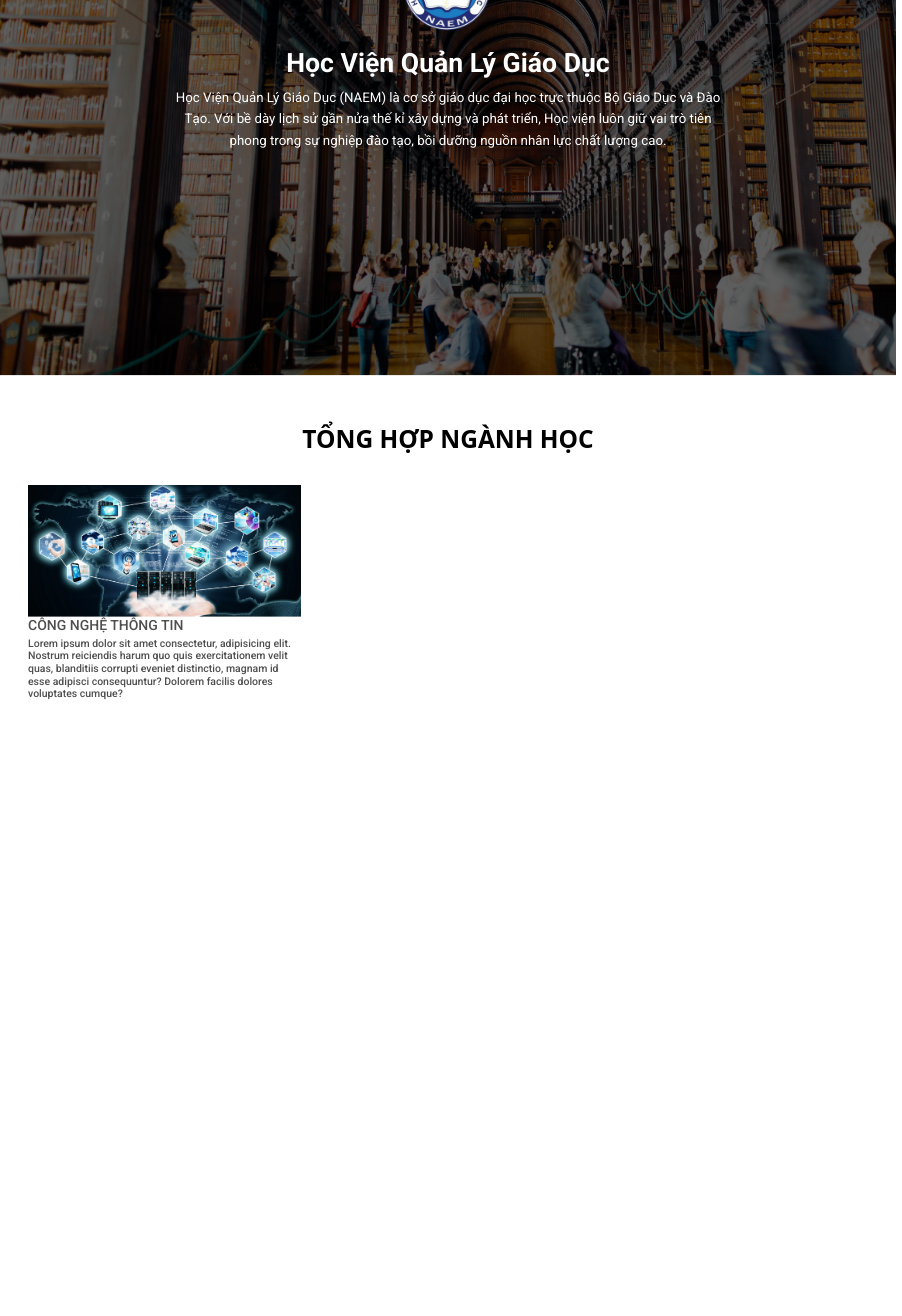
Repository: hongphuck1/trangweb1
Page: index.html
An editor plug-in stored every save of this project. The page is shown before and after the next save, followed by the edit.
The browser window is 1280 px wide. The page is 1288 px wide, so the pictures cover 1288 px, including what lies to the right of the window. The pictures show the part of the page from y = 1387 to 3267 px (the page is 4941 px tall), at 70% of full size.

Above is the page before, as saved 2021-09-07 01:55:23.

### index.html
<!DOCTYPE html>
<html lang="en">

<head>
  <meta charset="UTF-8" />
  <meta name="viewport" content="width=device-width, initial-scale=1, shrink-to-fit=no" />
  <meta http-equiv="x-ua-compatible" content="ie=edge" />
  <title>Material Design for Bootstrap</title>
  <!-- MDB icon -->
  <link rel="icon" href="img/SSS1.png" type="image/x-icon" />
  <!-- Font Awesome -->
  <link rel="stylesheet" href="https://use.fontawesome.com/releases/v5.15.2/css/all.css" />
  <!-- Google Fonts Roboto -->
  <link rel="stylesheet" href="https://fonts.googleapis.com/css2?family=Roboto:wght@300;400;500;700;900&display=swap" />
  <!-- MDB -->
  <link rel="stylesheet" href="css/style.css" />
  <link rel="stylesheet" href="css/base.css" />
  <link rel="stylesheet" href="css/grid.css" />
  <link rel="stylesheet" href="css/mdb.min.css" />
</head>

<body>
  <!-- Start your project here-->
  <div class="main">
    <!--Main Navigation-->
    <header>


      <!-- Navbar -->
      <nav class="navbar--opacity navbar navbar-expand-lg navbar-light fixed-top mask-custom shadow-0">
        <div class="container">

          <a class="navbar-brand nav-link" target="_blank" href="https://mdbootstrap.com/docs/standard/">
            <strong style="font-size: 2.2rem;">MRC</strong>
          </a>
          <button class="navbar-toggler navbar-toggler--opacity" type="button" data-mdb-toggle="collapse"
            data-mdb-target="#navbarSupportedContent" aria-controls="navbarSupportedContent" aria-expanded="false"
            aria-label="Toggle navigation">
            <i style="color: #ccc" class="fas fa-bars"></i>
          </button>
          <div class="collapse navbar-collapse" id="navbarSupportedContent">
            <ul class="navbar-nav me-auto mb-2 mb-lg-0">
              <li class="nav-item active">
                <a class="nav-link" aria-current="page" href="#intro">Giới thiệu</a>
              </li>
              <li class="nav-item">
                <a class="nav-link" href="https://www.facebook.com/MRC.NAEM" rel="nofollow" target="_blank">Hỏi đáp</a>
              </li>
              <li class="nav-item">
                <a class="nav-link" href="https://www.facebook.com/MRC.NAEM" target="_blank">Bài viết</a>
              </li>
              <li class="nav-item">
                <a class="nav-link" href="https://www.facebook.com/messages/t/101815085369835" target="_blank">Liên
                  hệ</a>
              </li>
            </ul>
            <ul class="navbar-nav list-inline">
              <!-- Icons -->
              <li class="">
                <a class="nav-link" href="https://www.youtube.com/channel/UCjl0s7v8m8V4IzuAS1fH-iA" rel="nofollow"
                  target="_blank">
                  <i class="fab fa-youtube"></i>
                </a>
              </li>
              <li class="">
                <a class="nav-link" href="https://www.facebook.com/MRC.NAEM" rel="nofollow" target="_blank">
                  <i class="fab fa-facebook-f"></i>
                </a>
              </li>
              <li class="nav-item">
                <a class="nav-link" href="https://www.tiktok.com/@mrcnaem" rel="nofollow" target="_blank">
                  <i class="fab fa-tiktok"></i>
                </a>
              </li>
              <li class="nav-item">
                <a class="nav-link" href="tel: 0349167687" rel="nofollow" target="_blank">
                  <i class="fas fa-envelope"></i>
                </a>
              </li>
            </ul>
          </div>
        </div>
      </nav>

      <!-- Carousel wrapper -->
      <div id="introCarousel" class="carousel slide carousel-fade shadow-2-strong" data-mdb-ride="carousel">
        <!-- Indicators -->
        <ol class="carousel-indicators">
          <li data-mdb-target="#introCarousel" data-mdb-slide-to="0" class="active"></li>
          <li data-mdb-target="#introCarousel" data-mdb-slide-to="1"></li>
          <li data-mdb-target="#introCarousel" data-mdb-slide-to="2"></li>
        </ol>

        <!-- Inner -->
        <div class="carousel-inner">
          <!-- Single item -->
          <div class="carousel-item active">
            <div class="mask" style="background-color: rgba(0, 0, 0, 0.6);">
              <div class="d-flex justify-content-center align-items-center h-100">
                <div class="text-white text-center">
                  <h1 style="font-size: 2.4rem;" class="mb-3">CLB TUYỂN SINH VÀ TRUYỀN THÔNG - MRC NAEM</h1>
                  <h5 style="font-size: 1.2rem;" class="mb-4">Hỗ trợ tư vấn - hướng nghiệp, trả lời những thắc mắc cho
                    học sinh và phụ huynh.</h5>

                  <a style="font-size: 1.8rem; " class="btn-DANGKI btn btn-outline-light btn-lg m-2"
                    href="https://www.facebook.com/MRC.NAEM" target="_blank" role="button">Đăng kí ngay</a>
                </div>
              </div>
            </div>
          </div>

          <!-- Single item -->
          <div class="carousel-item">
            <div class="mask" style="background-color: rgba(0, 0, 0, 0.3);">
              <div class="d-flex justify-content-center align-items-center h-100">
                <div class="text-white text-center">
                  <h1 style="font-size: 2.4rem;" class="mb-3">CLB TUYỂN SINH VÀ TRUYỀN THÔNG - MRC NAEM</h1>
                  <h5 style="font-size: 1.2rem;" class="mb-4">Hỗ trợ tư vấn - hướng nghiệp, trả lời những thắc mắc cho
                    học sinh và phụ huynh.</h5>

                  <a style="font-size: 1.8rem; " class="btn-DANGKI btn btn-outline-light btn-lg m-2"
                    href="https://www.facebook.com/MRC.NAEM" target="_blank" role="button">Đăng kí ngay</a>
                </div>
              </div>
            </div>
          </div>

          <!-- Single item -->
          <div class="carousel-item">
            <div class="mask" style="
                background: linear-gradient(
                  45deg,
                  rgba(29, 236, 197, 0.7),
                  rgba(91, 14, 214, 0.7) 100%
                );
              ">
              <div class="d-flex justify-content-center align-items-center h-100">
                <div class="text-white text-center">
                  <h1 style="font-size: 2.4rem;" class="mb-3">CLB TUYỂN SINH VÀ TRUYỀN THÔNG - MRC NAEM</h1>
                  <h5 style="font-size: 1.2rem;" class="mb-4">Hỗ trợ tư vấn - hướng nghiệp, trả lời những thắc mắc cho
                    học sinh và phụ huynh.</h5>

                  <a style="font-size: 1.8rem; " class="btn-DANGKI btn btn-outline-light btn-lg m-2"
                    href="https://www.facebook.com/MRC.NAEM" target="_blank" role="button">Đăng kí ngay</a>
                </div>
              </div>
            </div>
          </div>
        </div>
        <!-- Inner -->

        <!-- Controls -->
        <a class="carousel-control-prev" href="#introCarousel" role="button" data-mdb-slide="prev">
          <span class="carousel-control-prev-icon" aria-hidden="true"></span>
          <span class="sr-only">Previous</span>
        </a>
        <a class="carousel-control-next" href="#introCarousel" role="button" data-mdb-slide="next">
          <span class="carousel-control-next-icon" aria-hidden="true"></span>
          <span class="sr-only">Next</span>
        </a>
      </div>
      <!-- Carousel wrapper -->
    </header>


    <section>
      <div class="container-body">
        <div class="container-body-name">
          <h1>Thông Tin Tuyển Sinh</h1>
        </div>

        <div class="row">
          <div class="col l-6">
            <div class="container-body-content">
              <h2 class="container-body-content__name">Các Phương Án Xét Tuyển</h2>
              <div class="container-body-content-attention">
                <i class="fas fa-check-double"></i>
                <h4>Dựa vào học bạ (Điểm HK1 & HK2 lớp 11 và điểm HK1 lớp 12)</h4>
              </div>
              <div class="container-body-content-attention">
                <i class="fas fa-check-double"></i>
                <h4>Sử dụng kết quả thi THPT 2021</h4>
              </div>
              <div class="container-body-content-attention">
                <i class="fas fa-check-double"></i>

                <h4>Tuyển thẳng</h4>
              </div>
              <div class="container-body-content-attention">
                <i class="far fa-bell"></i>
                <h4>Cơ hội trúng tuyển cao khi có tới 70% chỉ tiêu qua xét tuyển học bạ</h4>
              </div>
              <div class="container-body-content-attention">
                <i class="far fa-plus-square"></i>
                <h4>Đặc biệt sinh viên được phép học thêm một ngành khác tại Học viện (Luật, Ngôn ngữ Anh, Tâm lý giáo
                  dục, Quản trị văn phòng, Giáo dục học, Quản lý giáo dục và Kinh tế giáo dục)</h4>
              </div>
            </div>
          </div>
          <div class="col l-6">
            <div class="container-body-img">
              <img src="img/klipartz.com_-1024x586.png" alt="">
            </div>
          </div>
        </div>


      </div>

      <div class="container-body-review">
        <div class="grid wide">
          <div class="row">
            <div class="col l-12">
              <img src="img/1-1.png" alt="">
              <div class="container-body-review__name">
                Học Viện Quản Lý Giáo Dục
              </div>
              <div class="container-body-review__title">
                Học Viện Quản Lý Giáo Dục (NAEM) là cơ sở giáo dục đại học trực thuộc Bộ Giáo Dục và Đào Tạo. Với bề dày
                lịch sử gần nửa thế kỉ xây dựng và phát triển, Học viện luôn giữ vai trò tiên phong trong sự nghiệp đào
                tạo, bồi dưỡng nguồn nhân lực chất lượng cao.
              </div>
            </div>
          </div>
        </div>
      </div>

      <div class="container-body-subjects">
        <h1>TỔNG HỢP NGÀNH HỌC</h1>

        <div class="grid wide">
          <div class="row">
            <div class="col l-4">
              <div class="container-body-subject">
                <img src="img/congnghethongtin.png" alt="">
                <h2>CÔNG NGHỆ THÔNG TIN</h2>
                <h4>Lorem ipsum dolor sit amet consectetur, adipisicing elit. Nostrum reiciendis harum quo quis
                  exercitationem velit quas, blanditiis corrupti eveniet distinctio, magnam id esse adipisci
                  consequuntur? Dolorem facilis dolores voluptates cumque?</h4>
              </div>
            </div>
            <div class="col l-4"></div>
            <div class="col l-4"></div>
          </div>
        </div>

    </section>

  </div>
  <!--Main Navigation-->
  <!-- End your project here-->

  <!-- MDB -->
  <script type="text/javascript" src="js/mdb.min.js"></script>
  <!-- Custom scripts -->
  <script type="text/javascript"></script>
</body>

</html>

### css/style.css

.main {

    height: 1000px;
}

/* Carousel styling */
#introCarousel,
.carousel-inner,
.carousel-item,
.carousel-item.active {
  height: 100vh;
}

.carousel-item:nth-child(1) {
  background-image: url('https://mdbootstrap.com/img/Photos/Others/images/76.jpg');
  background-repeat: no-repeat;
  background-size: cover;
  background-position: center center;
}

.carousel-item:nth-child(2) {
  background-image: url('https://mdbootstrap.com/img/Photos/Others/images/77.jpg');
  background-repeat: no-repeat;
  background-size: cover;
  background-position: center center;
}

.carousel-item:nth-child(3) {
  background-image: url('https://mdbootstrap.com/img/Photos/Others/images/78.jpg');
  background-repeat: no-repeat;
  background-size: cover;
  background-position: center center;
}

/* Height for devices larger than 576px */
@media (min-width: 992px) {
  #introCarousel {
    margin-top: -58.59px;
  }
}

.navbar .nav-link {
  color: #fff !important;
}



/* trèn đè css boottraps */

.nav-link {
  /* padding: 1.2rem 1rem !important; */
  font-size: 1.6rem;
  padding-right: 20px !important;
}

.nav-link:hover {
  /* padding: 1.2rem 1rem !important; */
  color: yellow !important;
  transition: color 0.5s ;
}


.btn-DANGKI:hover {
  color: yellow !important;
  border: 1px solid yellow !important;
  transition: 0.5s ;
}

.navbar-dark .navbar-toggler, .navbar-light .navbar-toggler {
  display: block;
}

.navbar--opacity {
  background-color: rgba(1,1,1,0.2);
}


@media only screen and (max-width: 600px) {
 .text-center h1 {
    font-size: 2.7rem !important;
    padding: 20px 0;
  }
  .carousel-control-next, .carousel-control-prev{
    display: none !important;
  }
  .text-center h5{
    padding: 0 20px;
    line-height: 1.9rem !important;
    font-size: 1.4rem !important;
  }
}


@import url('https://fonts.googleapis.com/css2?family=Poppins:wght@300;400;600;700&display=swap');
  :root {
    --primary: #08aeea;
    --secondary: #13D2B8;
    --purple: #bd93f9;
    --pink: #ff6bcb;
    --blue: #8be9fd;
    --gray: #333;
    --font: "Poppins", sans-serif;
    --gradient: linear-gradient(40deg, #ff6ec4, #7873f5);
    --shadow: 0 0 15px 0 rgba(0,0,0,0.05);
  }
  *,
  *:before,
  *:after {
    box-sizing: border-box;
  }
  html {
    font-size: 62.5%;
  }

  body {
    font-family: var(--font);
    font-size: 1.4rem;
    overflow-x: hidden;
    font-weight: 300;
  }

  img {
    display: block;
    max-width: 100%;
  }

  a {
    text-decoration: none;
  }

  input,
  button,
  textarea,
  select {
    font-family: var(--font);
    font-size: 1.4rem;
    font-weight: 300;
    outline: none;
    border: 0;
    margin: 0;
    padding: 0;
    border-radius: 0;
    -webkit-appearance: none;
  }

  button {
    cursor: pointer;
  }

          .simple-card {
            background-color: white;
            border-radius: 2rem;
            padding: 1.5rem;
            box-shadow: var(--shadow);
          }
          .simple-card-image {
            position: relative;
            height: 0;
            padding-bottom: 56.25%;
          }
          .simple-card-image > img {
            position: absolute;
            top: 0;
            left: 0;
            width: 100%;
            height: 100%;
            object-fit: cover;
            border-radius: 1rem;
          }
          .simple-card-content {
            padding: 3rem 1rem;
          }
          .simple-card-title {
            font-weight: 500;
            font-size: 2rem;
            line-height: 1.6;
            margin-bottom: 1.5rem;
            color: #2b2b2b;
          }
          .simple-card-desc {
            color: #c7cbdc;
            font-weight: 300;
            line-height: 1.6;
            font-size: 1.4rem;
            margin-bottom: 3rem;
          }
          .simple-card-line {
            width: 30%;
            height: 2px;
            margin-left: auto;
            background-color: var(--primary);
          }

          .container-body{
            padding-top: 40px;
            padding-bottom: 70px;
          }
          .container-body-name{
            text-align: center;
            padding: 40px 0 ;
          }
          .container-body-name h1{
            color: #000000;
            font-family: "Open Sans", Sans-serif;
            font-size: 35px;
            font-weight: 700;
            text-transform: capitalize;
          }

          .container-body-content{
           padding-left: 100px;
          }
          .container-body-content__name{
           font-size: 2.8rem;
           color: #000000;
           padding-bottom: 10px;
          }
          .container-body-content-attention{
          display: flex;
          align-items: center;
          padding: 4px 0;
          }
          .container-body-content-attention i{
            transform: translateY(-15%);
            padding-right: 10px;
            font-size: 1.8rem;
            color: var(--primary);
          }
          .container-body-content-attention h4{
            font-size: 1.8rem;
          }

          .container-body-img{
          padding: 0 50px ;
          }

.container-body-review {
  background-image: url(../img/Thiết\ kế\ không\ tên.png);
  background-repeat: no-repeat;
  background-size: cover;
  height: 100vh;
}

.container-body-review img {
  width: 150px;
  margin: auto;
  padding-top: 90px;
}


.container-body-review__name, .container-body-review__title {
  text-align: center;
  color: white;
padding-top: 20px;
}

.container-body-review__name {
  font-size: 3.8rem;
  padding: 4px 0;
  font-weight: 600;
}

.container-body-review__title {
  font-size: 1.9rem;
  padding: 0 200px;
}



/* TỔNG HỢP NGÀNH HỌC */

.container-body-subjects{
  padding: 70px 0;
}

.container-body-subjects h1 {
  text-align: center;
  padding-bottom: 40px;
  color: rgb(0, 0, 0);
    font-family: "Open Sans", sans-serif;
    font-size: 35px;
    font-weight: 700;
    text-transform: capitalize;
}

### css/base.css
:root {
    --white-color: #fff;
    --black-color: #000;
    --text-color: rgb(110, 109, 109);
    --primary-color: #6EC1E4;
    --primary-color-sub: #fd3f00;
    --border-color: #dbdbdb;

    --header: 109px;
    --header-top: 36px;
    --navbar-height: 27px;
    --header-with-search-height: calc(var(--header-height) - var(--navbar-height));
    --header-sort-bar-height: 46px;
}


* {
    margin: 0;
    padding: 0;
    box-sizing: border-box;

}
.no-copy__text {
    user-select: none;
}
html {
    font-size: 62.5%;
    line-height: 1.6rem;
    font-family: 'Roboto', sans-serif;

    /* user-select: none;   không cho copy text */
}

body {
    height: 5000px;
}
@media only screen and  (max-width: 1000px) and (min-width: 700px) {
    html {
    }
}

Loaded but not shown: css/mdb.min.css (library); js/mdb.min.js (library); css/grid.css (590 lines, source omitted)

After the next save:
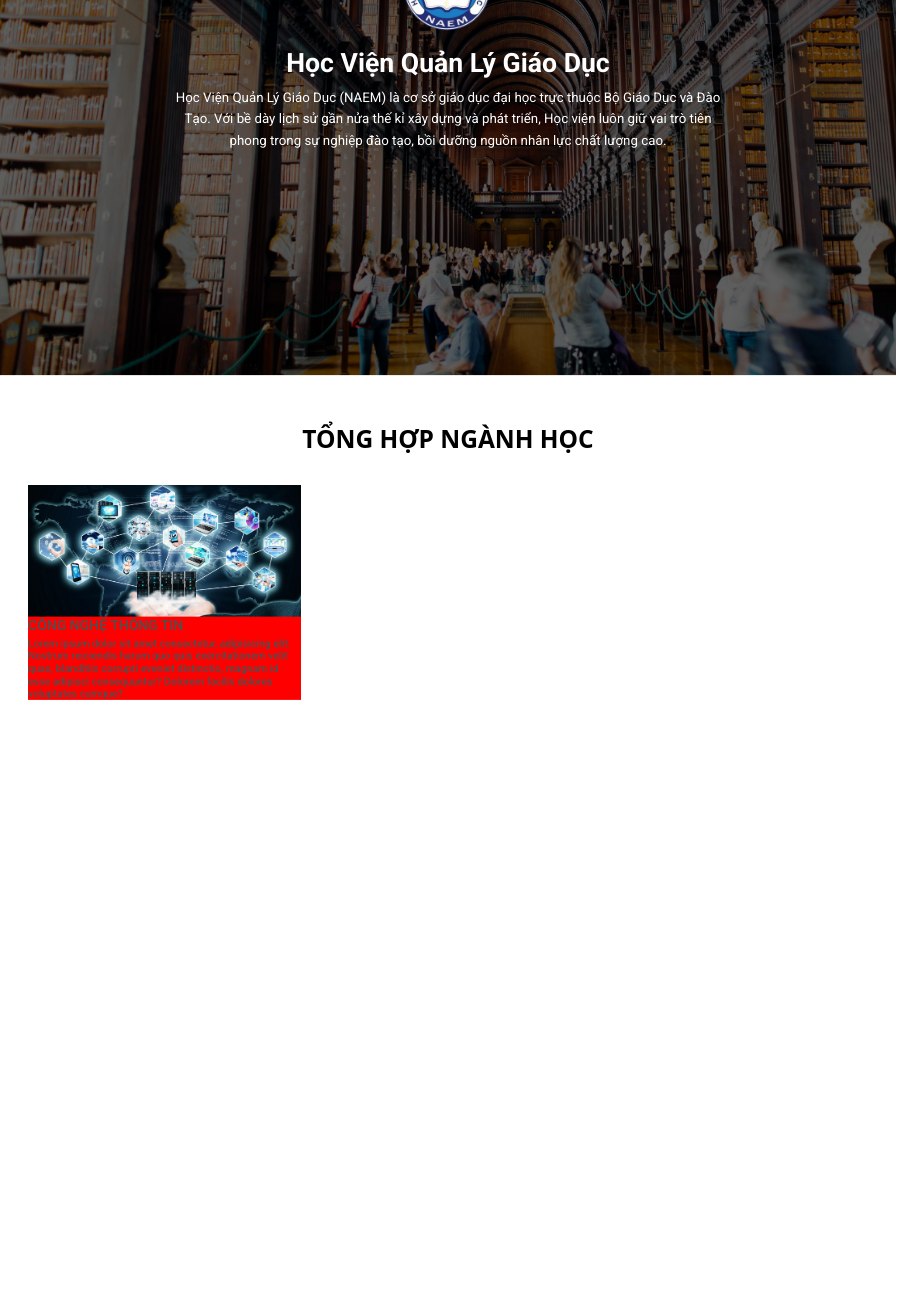
Saved 30 s later.
--- a/css/style.css
+++ b/css/style.css
@@ -283,3 +283,7 @@
     font-weight: 700;
     text-transform: capitalize;
 }
+
+.container-body-subject {
+  background-color: red;
+}
